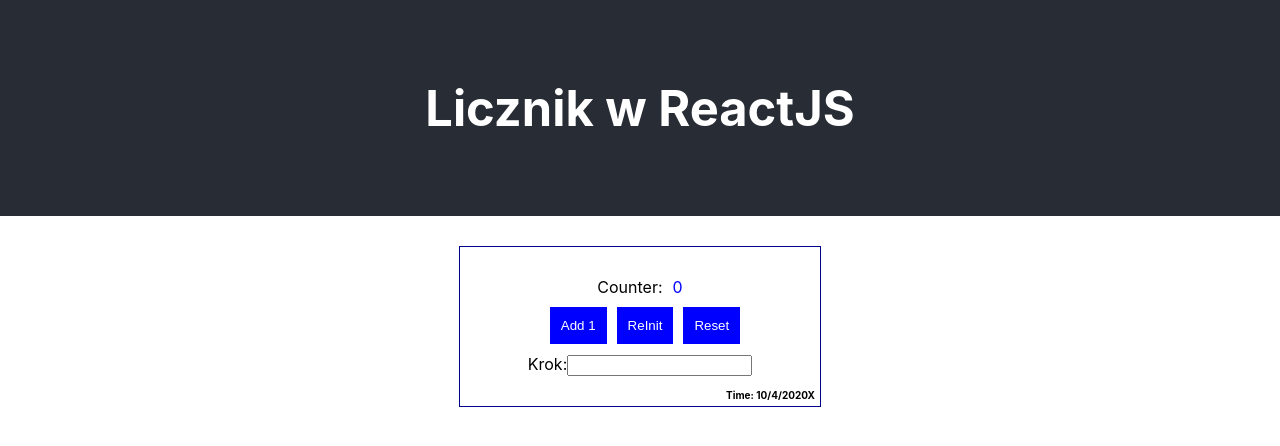
Repository: magdaf41/react-counter-app
Page: /
The author's editor kept a copy of each file at every save. The page is drawn from the files as they stood at one save, then again after the next save.
The browser window is 1280 px wide. The pictures show the whole page.
The project was rebuilt for these pictures with package versions that can differ from the ones it lists, and the page was loaded fresh each time.

Above is the page before, as saved 2020-10-06 20:56:02.

After the next save:
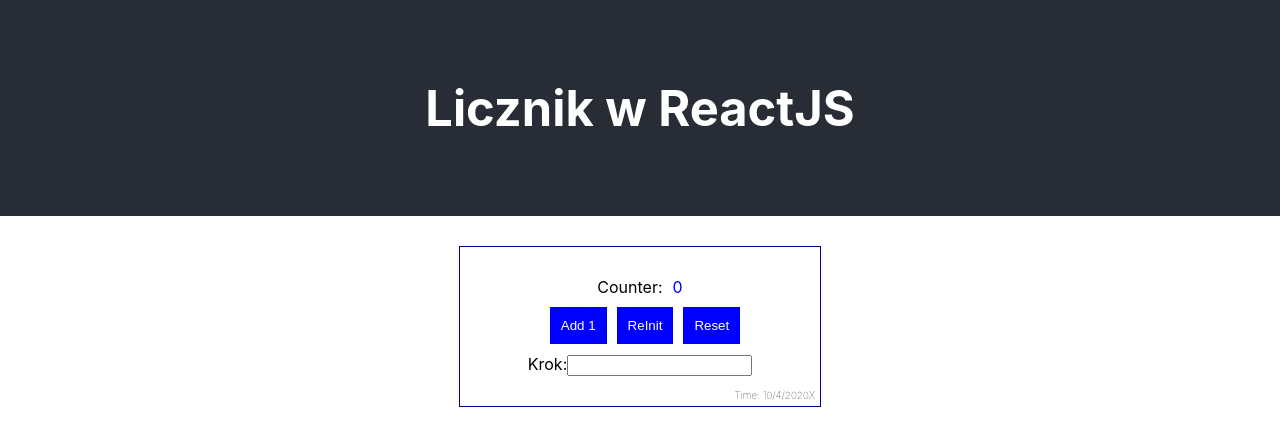
Saved 17 s later.
--- a/src/Clock.css
+++ b/src/Clock.css
@@ -8,4 +8,5 @@
 .clock h4 {
     margin: 0;
     font-size: 10px;
+    font-weight: lighter;
 }
